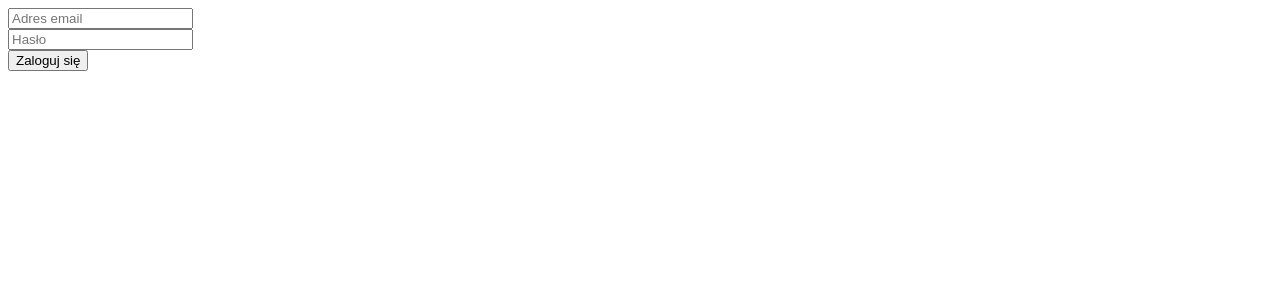
Repository: DaveDavMat/website
Page: http://localhost/logform.php
The author's editor kept a copy of each file at every save. The page is drawn from the files as they stood at one save, then again after the next save.
The browser window is 1280 px wide. The pictures show the whole page.
The page is run by PHP 8.4 with error messages shown; the project is at /var/www/html/.

Above is the page before, as saved 2018-11-27 18:34:26.

### logform.php
<form method="POST" action="zaloguj.php" class="navbar-form navbar-right" role="form">
                             <div class="log-form">
                                  <input type="text" placeholder="Adres email" class="form-control" name="email">
                              </div>
                             <div class="form-group">
                                 <input type="password" placeholder="Hasło" class="form-control" name="password">
                             </div>
                             <button type="submit" class="btn">Zaloguj się</button>

                        </form>

After the next save:
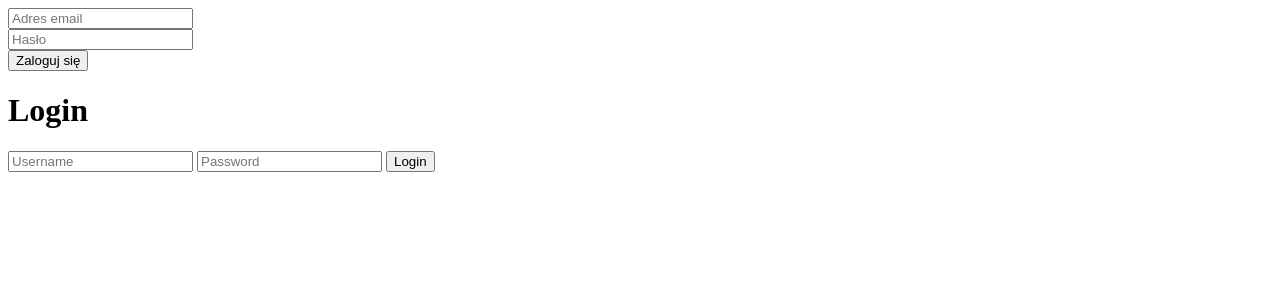
Saved 3 min 35 s later.
--- a/logform.php
+++ b/logform.php
@@ -1,4 +1,4 @@
-<form method="POST" action="zaloguj.php" class="navbar-form navbar-right" role="form">
+<form method="POST" action="zaloguj.php" class="box" role="form">
                              <div class="log-form">
                                   <input type="text" placeholder="Adres email" class="form-control" name="email">
                               </div>
@@ -8,3 +8,12 @@
                              <button type="submit" class="btn">Zaloguj się</button>
 
                         </form>
+
+
+
+<form class="box" action="index.html" method="post">
+  <h1>Login</h1>
+  <input type="text" name="" placeholder="Username">
+  <input type="password" name="" placeholder="Password">
+  <input type="submit" name="" value="Login">
+</form>
